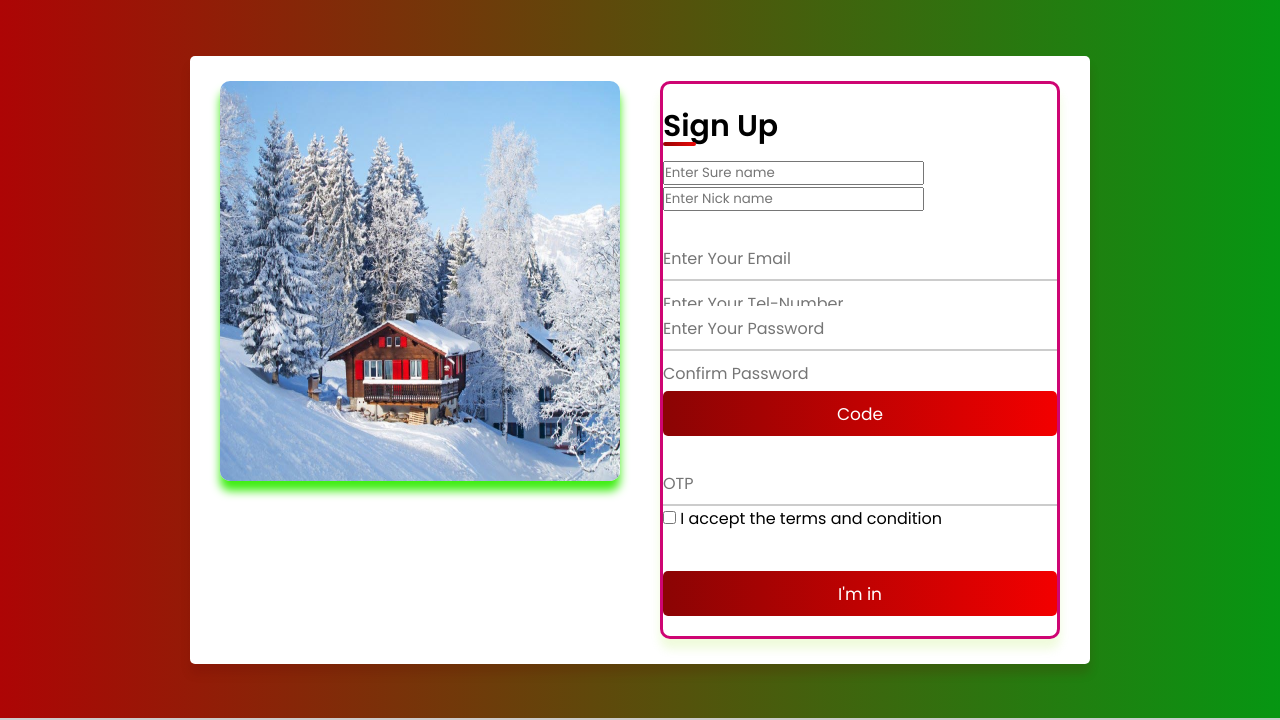
Repository: dev-ashik/Halloween
Page: Reg Page/Index.html
These files come from the project's save history. The page is drawn as it stood at one moment and after the next save; the edit follows.
The browser window is 1280 px wide. The pictures show the whole page.

Above is the page before, as saved 2021-12-21 22:11:21.

### Reg Page/Index.html
<!DOCTYPE html>
<html lang="en">

<head>
    <meta charset="UTF-8">
    <meta http-equiv="X-UA-Compatible" content="IE=edge">
    <meta name="viewport" content="width=device-width, initial-scale=1.0">
    <title>Regristration page</title>
    <link rel="stylesheet" href="CSS/main.css">
</head>

<body>
    <div class="con">
        <div class="bann">
            <img src="IMG/banner.jpg" alt="">
        </div>
        <div class="form">
            <form action="#">
                <div class="title">Sign Up</div>
                <div class="name">
                    <input type="text" placeholder="Enter Sure name" id="fn" required>
                    <input type="text" placeholder="Enter Nick name" id="ln" required>
                    <div class="underline"></div>
                </div>
                <div class="box underline">
                    <input type="text" placeholder="Enter Your Email" id="mail" required>
                    <input type="text" placeholder="Enter Your Tel-Number" id="number" required>
                    <div class="underline"></div>
                    <!--Email Field with velidation-->
                </div>
                <div class="box">
                    <input type="password" placeholder="Enter Your Password" id="pwd" required>
                    <input type="password" placeholder="Confirm Password" id="pwd" required>
                    <div class="underline"></div>
                    <!--Password Field with velidation-->
                </div>
                <div class="box button">
                    <button onclick="vercod()" id="vc">Code</button>
                    <!--Code form-->
                </div>
                <div class="box">
                    <input type="text" placeholder="OTP" id="otp" required>
                    <div class="underline"></div>
                    <!--Security Code with velidation-->
                </div>
                <div class="Agreement">
                    <input type="checkbox" id="cb" value="Agree">
                    <label for="Agree">I accept the terms and condition</label>
                    <!--Agreement box-->
                </div>
                <div class="box button">
                    <button onclick="sub()">I'm in</button>
                </div>
            </form>
        </div>
    </div>
</body>
<script src="JS/main.js"></script>

</html>

### Reg Page/CSS/main.css
@import url('https://fonts.googleapis.com/css2?family=Poppins:wght@200;300;400;500;600;700&display=swap');
@import url('https://fonts.googleapis.com/css2?family=Poppins:wght@200;300;400;500;600;700&display=swap');
* {
    margin: 0;
    padding: 0;
    box-sizing: border-box;
    font-family: 'Poppins', sans-serif;
}

html,
body {
    display: grid;
    height: 100vh;
    width: 100%;
    place-items: center;
    background: linear-gradient(to right, #ad0505 0%, #069612 100%);
}

 ::selection {
    background: #ff80bf;
}

.con {
    background: #fff;
    max-width: 900px;
    width: 100%;
    padding: 25px 30px;
    border-radius: 5px;
    box-shadow: 0 10px 10px rgba(97, 4, 4, 0.15);
}

.con .bann img {
    float: left;
    width: 400px;
    height: 400px;
    border-radius: 10px;
    box-shadow: 0 10px 10px #40ee14;
}

.con .form {
    float: right;
    border: 3px solid rgb(206, 5, 115);
    border-radius: 10px;
    max-width: 400px;
    width: 100%;
    box-shadow: 0 10px 10px rgba(149, 231, 17, 0.15);
}

.con .form form .title {
    font-size: 30px;
    font-weight: 600;
    margin: 20px 0 10px 0;
    position: relative;
}

.con .form form .title:before {
    content: '';
    position: absolute;
    height: 4px;
    width: 33px;
    left: 0px;
    bottom: 3px;
    border-radius: 5px;
    background: linear-gradient(to right, #960404 0%, #eb0909 100%);
}

.con .form form .box {
    width: 100%;
    height: 45px;
    margin-top: 25px;
    position: relative;
}

.con .form form .box input {
    width: 100%;
    height: 100%;
    outline: none;
    font-size: 16px;
    border: none;
}

.con .form form .underline::before {
    content: '';
    position: absolute;
    height: 2px;
    width: 100%;
    background: #ccc;
    left: 0;
    bottom: 0;
}

.con .form form .underline::after {
    content: '';
    position: absolute;
    height: 2px;
    width: 100%;
    background: linear-gradient(to right, rgb(136, 2, 2) 0%, #f10404 100%);
    left: 0;
    bottom: 0;
    transform: scaleX(0);
    transform-origin: left;
    transition: all 0.3s ease;
}

.con .form form .box input:focus~.underline::after,
.con .form form .box input:valid~.underline::after {
    transform: scaleX(1);
    transform-origin: left;
}

.con .form form .button {
    margin: 40px 0 20px 0;
}

.con .form .box button {
    width: 100%;
    height: 100%;
    outline: none;
    font-size: 16px;
    border: none;
    background: linear-gradient(to right, #8b0404 0%, #f30000 100%);
    font-size: 17px;
    color: #fff;
    border-radius: 5px;
    cursor: pointer;
    transition: all 0.3s ease;
}

.con .form .box button:hover {
    letter-spacing: 1px;
    background: linear-gradient(to left, #8a0404 0%, #fc0707 100%);
}

footer {
    text-align: center;
    font-size: 30px;
    color: greenyellow;
}

footer:hover {
    color: greenyellow;
    text-shadow: 1px 1px 2px black, 0 0 25px rgb(11, 247, 3), 0 0 5px rgb(10, 255, 1);
}

Loaded but not shown: Reg Page/JS/main.js (no stored copy; drawn as an empty file)

After the next save:
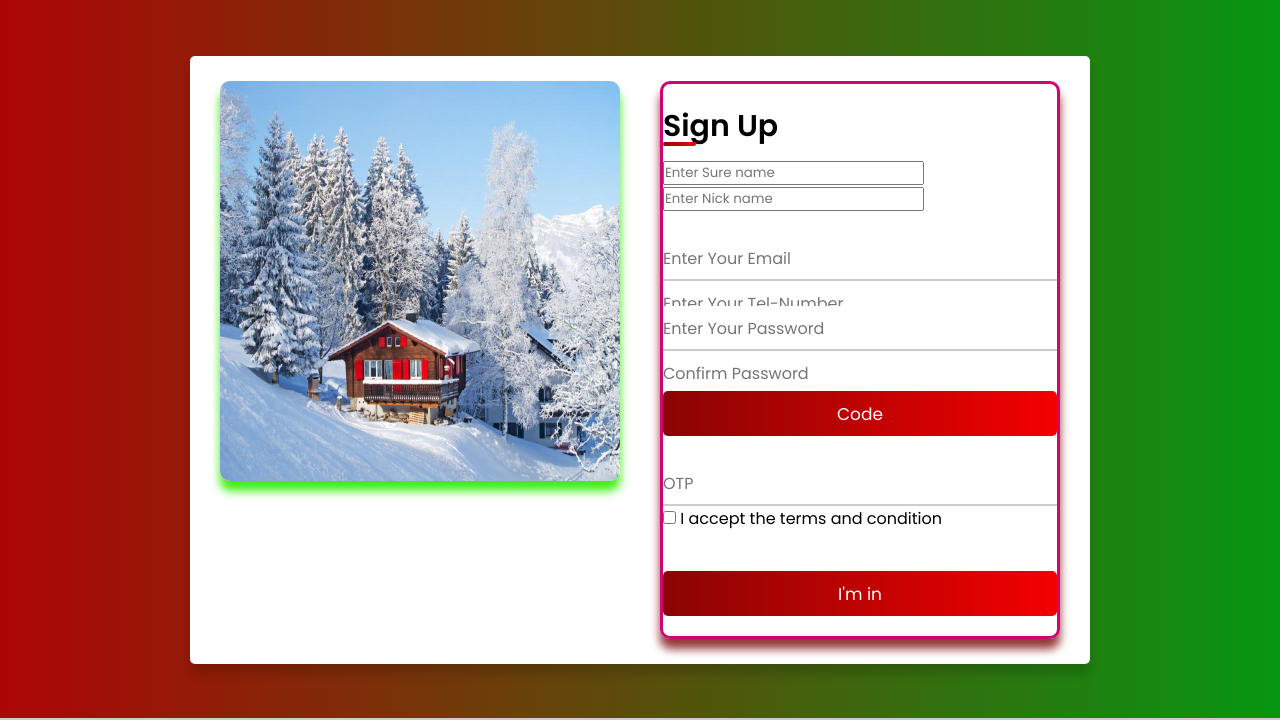
Saved 15 s later.
--- a/Reg Page/CSS/main.css
+++ b/Reg Page/CSS/main.css
@@ -26,7 +26,7 @@ body {
     width: 100%;
     padding: 25px 30px;
     border-radius: 5px;
-    box-shadow: 0 10px 10px rgba(97, 4, 4, 0.15);
+    box-shadow: 0 10px 10px rgba(0, 0, 0, 0.15);
 }
 
 .con .bann img {
@@ -43,7 +43,7 @@ body {
     border-radius: 10px;
     max-width: 400px;
     width: 100%;
-    box-shadow: 0 10px 10px rgba(149, 231, 17, 0.15);
+    box-shadow: 0 10px 10px rgba(121, 4, 4, 0.795);
 }
 
 .con .form form .title {
